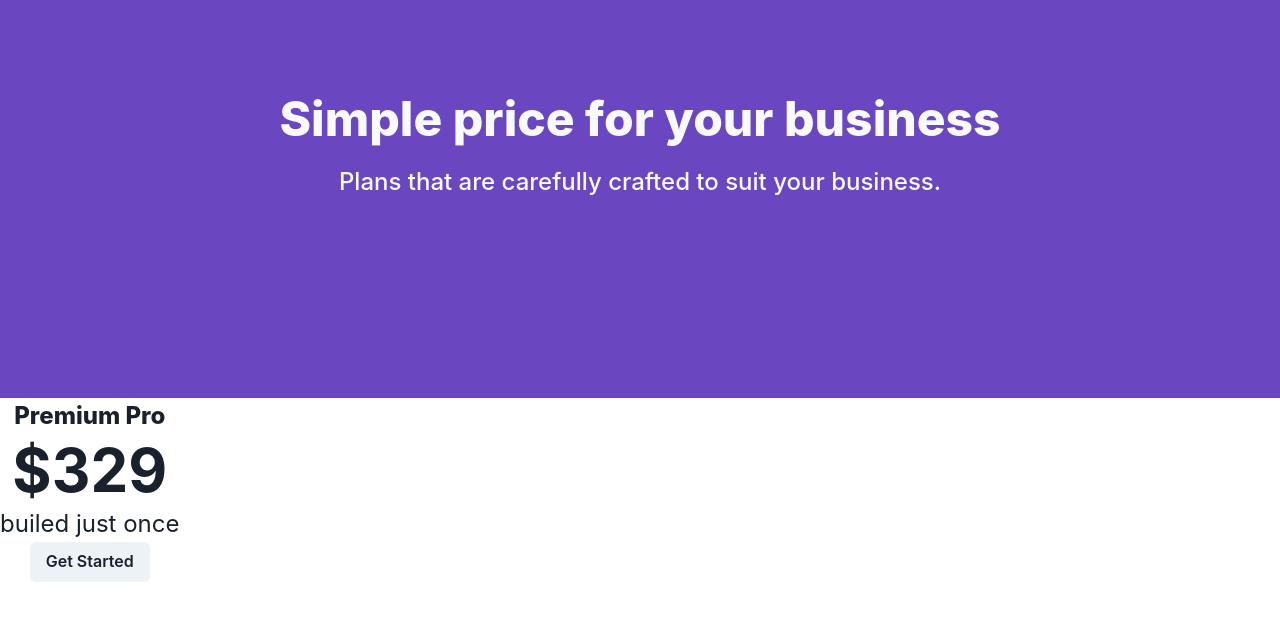
Repository: noutijo/learn-in-depth-chakra-ui
Page: /
These files come from the project's save history. The page is drawn as it stood at one moment and after the next save; the edit follows.
The browser window is 1280 px wide. The pictures show the whole page.
The project was rebuilt for these pictures with package versions that can differ from the ones it lists, and the page was loaded fresh each time. Also part of the build but not shown: vite.config.ts.

Above is the page before, as saved 2023-01-30 15:36:59.

### src/main.tsx
import React from 'react'
import ReactDOM from 'react-dom/client'
import App from './App'
import { ChakraProvider } from "@chakra-ui/react"

ReactDOM.createRoot(document.getElementById('root') as HTMLElement).render(
  <ChakraProvider>
  <React.StrictMode>
    <App />
  </React.StrictMode>
  </ChakraProvider>,
)

### src/App.tsx
//import './App.css'
import "./App.css";
import { Box, Flex, Stack, VStack, HStack } from "@chakra-ui/react";
import { Header  } from "./components/Header";
import { Pricing } from "./components/Pricing";

export default function App() {
  return (
    <div className="App">
      <Box>
        <Header />
        <Pricing />
      </Box>
    </div>
  );
}

### src/App.css
#root {
  max-width: 1280px;
  margin: 0 auto;
  text-align: center;
}

.logo {
  height: 6em;
  padding: 1.5em;
  will-change: filter;
}
.logo:hover {
  filter: drop-shadow(0 0 2em #646cffaa);
}
.logo.react:hover {
  filter: drop-shadow(0 0 2em #61dafbaa);
}

@keyframes logo-spin {
  from {
    transform: rotate(0deg);
  }
  to {
    transform: rotate(360deg);
  }
}

@media (prefers-reduced-motion: no-preference) {
  a:nth-of-type(2) .logo {
    animation: logo-spin infinite 20s linear;
  }
}

.card {
  padding: 2em;
}

.read-the-docs {
  color: #888;
}

### src/components/Header.tsx
//import './App.css'
import { Box, Heading, Text, Flex } from "@chakra-ui/react";

export function Header() {
  return (
    <Box as="section" color="#F7FAFC" bg="#6b46c1" pt="90px" pb="198px" px="32px">
      <Heading fontWeight={800} fontSize={"48px"}>
        Simple price for your business
      </Heading>
      <Text fontWeight={500} fontSize={"24px"} mt="16px">
        Plans that are carefully crafted to suit your business.
      </Text>
    </Box>
  );
}

### src/components/Pricing.tsx
//import './App.css'
import { Box, Heading, Text, Flex, Button } from "@chakra-ui/react";

export function Pricing() {
  return (
    <Box>
      <Flex>
        <Box>
            <Text fontSize="24px" fontWeight="800">Premium Pro</Text>
            <Heading as="h3" fontSize="60px">$329</Heading>
            <Text fontSize="24px" color="#">builed just once</Text>
            <Button>Get Started</Button>
        </Box>
        <Box></Box>
      </Flex>
    </Box>
  );
}

Loaded but not shown: index.html (common file)

After the next save:
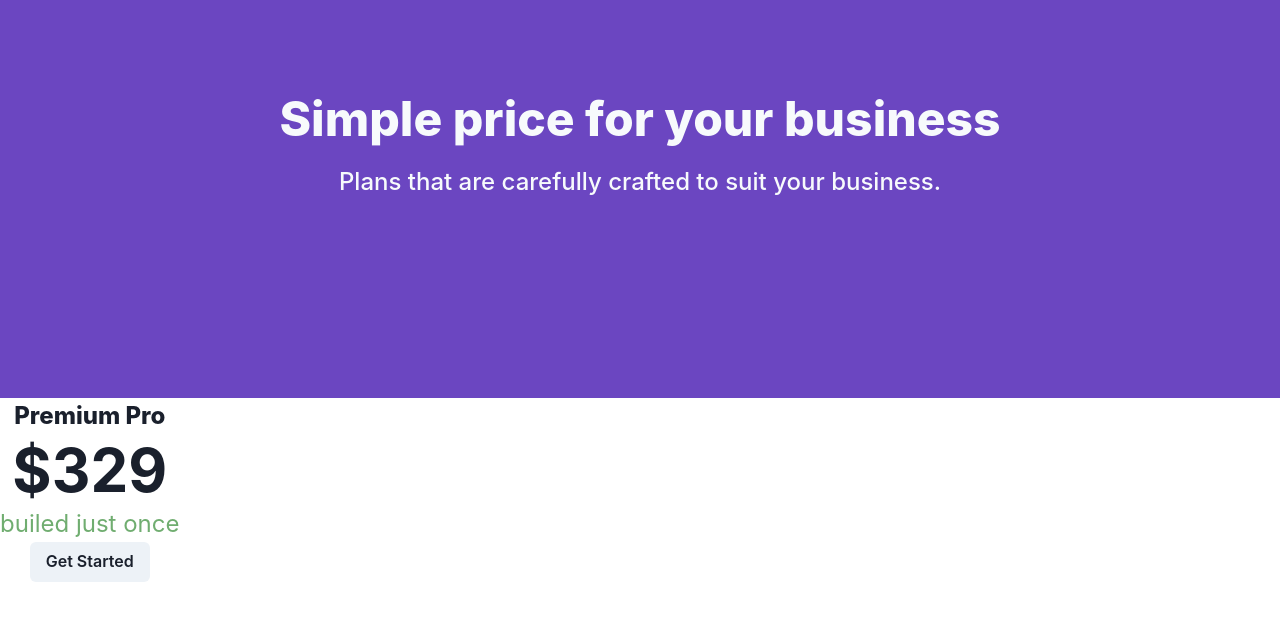
Saved 5 s later.
--- a/src/components/Pricing.tsx
+++ b/src/components/Pricing.tsx
@@ -8,7 +8,7 @@
         <Box>
             <Text fontSize="24px" fontWeight="800">Premium Pro</Text>
             <Heading as="h3" fontSize="60px">$329</Heading>
-            <Text fontSize="24px" color="#">builed just once</Text>
+            <Text fontSize="24px" color="#1719">builed just once</Text>
             <Button>Get Started</Button>
         </Box>
         <Box></Box>

After the save that followed:
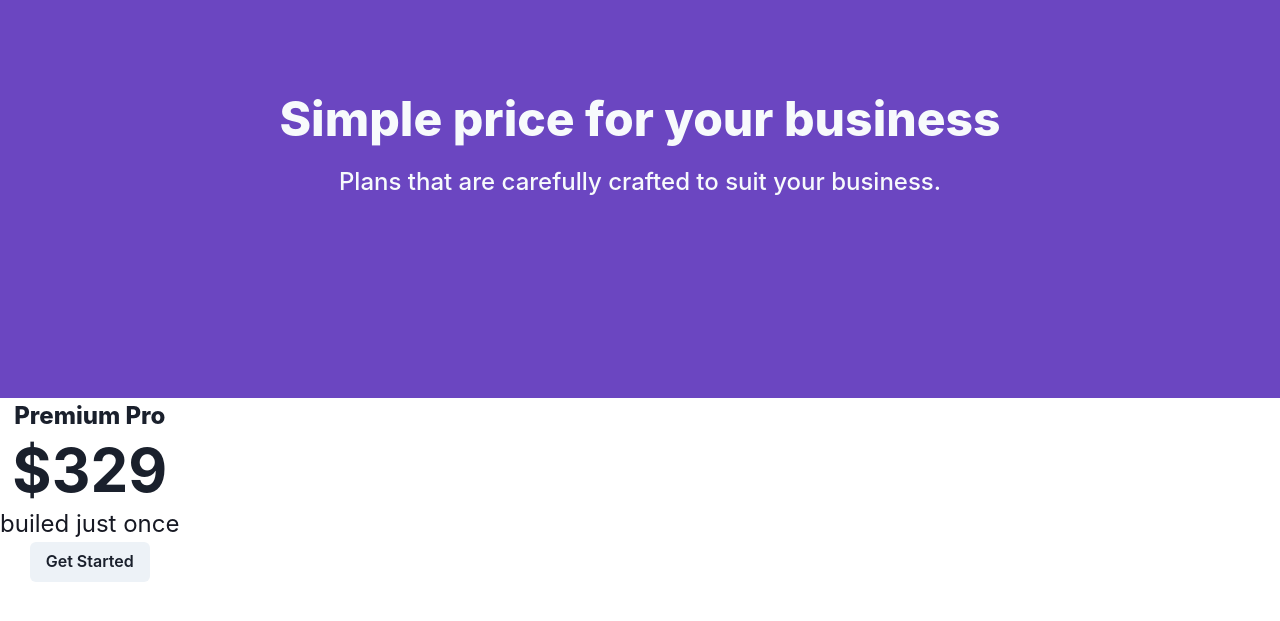
Saved 5 s later.
--- a/src/components/Pricing.tsx
+++ b/src/components/Pricing.tsx
@@ -8,7 +8,7 @@
         <Box>
             <Text fontSize="24px" fontWeight="800">Premium Pro</Text>
             <Heading as="h3" fontSize="60px">$329</Heading>
-            <Text fontSize="24px" color="#1719">builed just once</Text>
+            <Text fontSize="24px" color="#171923">builed just once</Text>
             <Button>Get Started</Button>
         </Box>
         <Box></Box>
